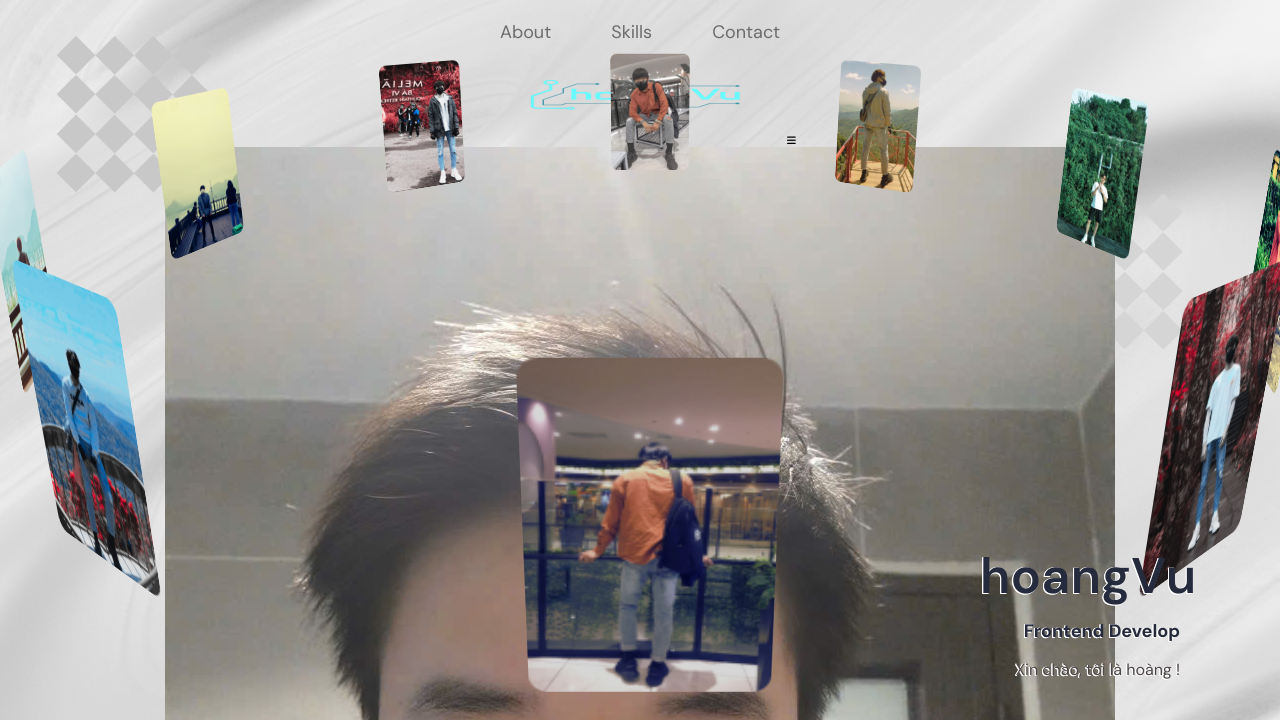
Repository: hoang28092000/portfolio
Page: index.html
These files come from the project's save history. The page is drawn as it stood at one moment and after the next save; the edit follows.
The browser window is 1280 px wide. The pictures show the whole page.

Above is the page before, as saved 2025-04-10 23:29:57.

### index.html
<!DOCTYPE html>
<html lang="en">
  <head>
    <meta charset="UTF-8" />
    <meta name="viewport" content="width=device-width, initial-scale=1.0" />
    <link rel="preconnect" href="https://fonts.googleapis.com" />
    <link rel="preconnect" href="https://fonts.gstatic.com" crossorigin />
    <link
      href="https://fonts.googleapis.com/css2?family=DM+Sans:ital,opsz,wght@0,9..40,100..1000;1,9..40,100..1000&family=Montserrat:ital,wght@0,100..900;1,100..900&family=Sora:wght@100..800&display=swap"
      rel="stylesheet"
    />
    <link
      rel="stylesheet"
      href="https://cdnjs.cloudflare.com/ajax/libs/font-awesome/6.7.2/css/all.min.css"
      integrity="sha512-Evv84Mr4kqVGRNSgIGL/F/aIDqQb7xQ2vcrdIwxfjThSH8CSR7PBEakCr51Ck+w+/U6swU2Im1vVX0SVk9ABhg=="
      crossorigin="anonymous"
      referrerpolicy="no-referrer"
    />
    <link rel="stylesheet" href="./css/style.css" />
    <link rel="stylesheet" href="./css/responsive.css" />
    <title>Portfolio</title>
  </head>
  <body>
    <div class="banner">
      <div class="top-header">
        <nav>
          <ul class="nav-list">
            <li class="item-nav">
              <a href="" class="txt-nav">About</a>
            </li>
            <li class="item-nav">
              <a href="" class="txt-nav">Skills</a>
            </li>
            <li class="item-nav">
              <a href="" class="txt-nav">Contact</a>
            </li>
          </ul>
        </nav>
        <div class="top-header-mobile">
          <img src="./asset/image/log-blue.png" alt="" class="logo-header">
          <i class="fa-solid fa-bars menu-header"></i>
        </div>
      </div>
      <div class="slice" style="--quantity: 10">
        <div class="item" style="--position: 1">
          <img src="./asset/image/anh_1.png" alt="" />
        </div>
        <div class="item" style="--position: 2">
          <img src="./asset/image/anh_2.png" alt="" />
        </div>
        <div class="item" style="--position: 3">
          <img src="./asset/image/anh_3.png" alt="" />
        </div>
        <div class="item" style="--position: 4">
          <img src="./asset/image/anh_4.png" alt="" />
        </div>
        <div class="item" style="--position: 5">
          <img src="./asset/image/anh_5.png" alt="" />
        </div>
        <div class="item" style="--position: 6">
          <img src="./asset/image/anh_6.png" alt="" />
        </div>
        <div class="item" style="--position: 7">
          <img src="./asset/image/anh_7.png" alt="" />
        </div>
        <div class="item" style="--position: 8">
          <img src="./asset/image/anh_8.png" alt="" />
        </div>
        <div class="item" style="--position: 9">
          <img src="./asset/image/anh_9.png" alt="" />
        </div>
        <div class="item" style="--position: 10">
          <img src="./asset/image/anh_10.png" alt="" />
        </div>
      </div>
      <div class="card-mobile">
        <img src="./asset/image/avt.jpg" alt="picture me" class="avt-mobile" />
        <h3 class="name-avt">hoangVu</h3>
        <p>Hi!</p>
        <div class="social-mobile">
          <a href="https://www.facebook.com/profile.php?id=100008725181742" target="_blank"><i class="fa-brands fa-facebook-f icon-mobile"></i></a>
          <a href="https://x.com/kinsman2809" target="_blank"><i class="fa-brands fa-x-twitter icon-mobile"></i></a>
          <a href="https://www.linkedin.com/in/ho%C3%A0ng-v%C5%A9-0b4891179/" target="_blank"><i class="fa-brands fa-linkedin-in icon-mobile"></i></a>
        </div>
      </div>
      <div class="content">
        <h2 class="heading-content">hoangVu</h2>
        <p class="txt">Frontend Develop</p>
        <p class="desc">Xin chào, tôi là hoàng !</p>
      </div>
    </div>



    <script src="./main.js"></script>
  </body>
</html>

### css/style.css
* {
  padding: 0;
  margin: 0;
  box-sizing: border-box;
}
html {
  font-family: "DM Sans", sans-serif;
  font-size: 62.5%;
}

.banner {
  background: url("../asset/image/banner-main.png") center / cover no-repeat;
  width: 100%;
  height: 100vh;
  overflow: hidden;
  text-align: center;
  padding-top: 20px;
  position: relative;
}

.top-header .nav-list {
  display: flex;
  justify-content: center;
  align-items: center;
  list-style: none;
  column-gap: 60px;
}
.txt-nav {
  font-size: 1.8rem;
  color: #6d6c6c;
  text-decoration: none;
}

.txt-nav:hover {
  color: #fff;
}

/* content */

.banner .slice {
  position: absolute;
  width: 120px;
  height: 180px;
  top: 17%;
  left: calc(50% - 50px); /* căn giữa theo chiều ngang */
  transform: translateX(-50%);
  transform-origin: center center;
  transform-style: preserve-3d;
  transform: perspective(1000px);
  animation: autoRun 30s linear infinite;
}

@keyframes autoRun{
    from{
        transform: perspective(1000px) rotateX(-16deg) rotateY(0);
    }
    to{
        transform: perspective(1000px) rotateX(-16deg) rotateY(360deg);
    }
}
.banner .slice .item {
  position: absolute;
  inset: 0 0 0 0;
  transform:
    rotateY(calc( (var(--position) - 1) * (360 / var(--quantity)) *1deg))
    translateZ(550px);
}
 .banner .slice:hover{
    animation-play-state: paused;
}

.banner .slice .item img {
  width: 100%;
  height: 100%;
  object-fit: cover;
  border-radius: 10px;
}

.banner .content{
    text-align: right;
    width: 200px;
    position: absolute;
    bottom: 40px;
    right: 100px;
}
.banner .heading-content{
    font-size: 5rem;
    color: #252a3d;
    font-weight: 600;
    margin-bottom: 10px;
    text-shadow:
    -1px -0.5px -0 #fff,
     -1px -0.5px 0 #fff,
    -1px  0.5px 0 #fff,
     -1px  0.5px 0 #fff;
    letter-spacing: 0.5px;
}
.banner .txt{
    font-size: 1.8rem;
    color: #252a3d;
    font-weight: 700;
    margin-bottom: 16px;
    text-shadow:
    -1px -0.5px -0 #fff,
     -1px -0.5px 0 #fff,
    -1px  0.5px 0 #fff,
     -1px  0.5px 0 #fff;
}
.banner .desc{
    font-size: 1.6rem;
    color: #4d4646;
    text-shadow:
    -1px -0.5px -0 #fff,
     -1px -0.5px 0 #fff,
    -1px  0.5px 0 #fff,
     -1px  0.5px 0 #fff;
}

### css/responsive.css
/* home page */
@media (max-width: 1024px) {
  .banner .slice {
    margin-top: 30px;
    width: 100px;
    height: 125px;
  }
  .banner .slice .item {
    transform: rotateY(
        calc((var(--position) - 1) * (360 / var(--quantity)) * 1deg)
      )
      translateZ(350px);
  }
  .card-mobile {
    display: none;
  }
  .top-header-mobile{
    display: none;
  }
}
@media (max-width: 768px) {
  .banner .slice .item {
    transform: rotateY(
        calc((var(--position) - 1) * (360 / var(--quantity)) * 1deg)
      )
      translateZ(250px);
  }
  .card-mobile {
    display: none;
  }
  .top-header-mobile{
    display: none;
  }
}
@media (max-width: 480px) {
  .banner .slice {
    display: none;
  }
  .banner .content {
    text-align: left;
    bottom: 10px;
    left: 40px;
  }
  .card-mobile {
    display: block;
    margin-top: 80px;
    text-align: center;
  }
  .avt-mobile {
    width: 200px;
    height: 200px;
    border-radius: 50%;
    margin-bottom: 20px;
  }
  .card-mobile .name-avt {
    font-size: 2.4rem;
    font-weight: 700;
    color: #252a3d;
    margin-bottom: 10px;
  }
  .card-mobile p{
    font-size: 2rem;
    color: #252a3d;
    letter-spacing: 5px;
    font-weight: 300;
  }
  .social-mobile {
    margin-top: 12px;
    display: flex;
    justify-content: center;
    align-items: center;
    column-gap: 20px;
  }
  .icon-mobile {
    display: flex;
    justify-content: center;
    align-items: center;
    width: 40px;
    height: 40px;
    font-size: 2rem;
    background-color: #fff;
    border-radius: 10px;
    color: #252a3d;
  }
  .social-mobile a {
    text-decoration: none;
  }
  .top-header .nav-list{
    display: none;
  }
  .top-header-mobile{
    display: block;
  }
  .top-header-mobile{
    display: flex;
    padding: 0 24px;
    align-items: center;
    justify-content: space-between;
  }
  .logo-header{
    margin-top: 4px;
    width: 120px;
    height: 40px;
  }
  .menu-header{
    font-size: 2.4rem;
    color: #252a3d;
  }

}

Loaded but not shown: main.js (no stored copy; drawn as an empty file)

After the next save:
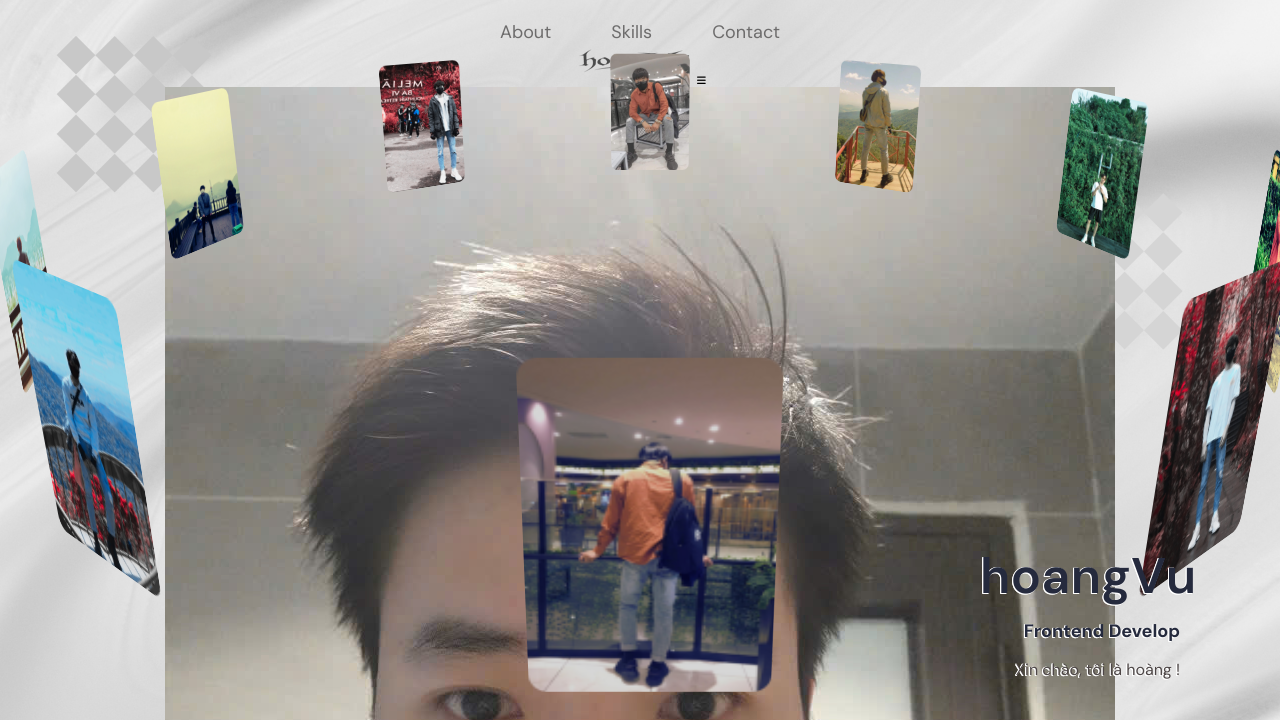
Saved 10 s later.
--- a/index.html
+++ b/index.html
@@ -37,7 +37,7 @@
           </ul>
         </nav>
         <div class="top-header-mobile">
-          <img src="./asset/image/log-blue.png" alt="" class="logo-header">
+          <img src="./asset/image/hoangVu_logo.png" alt="" class="logo-header">
           <i class="fa-solid fa-bars menu-header"></i>
         </div>
       </div>
